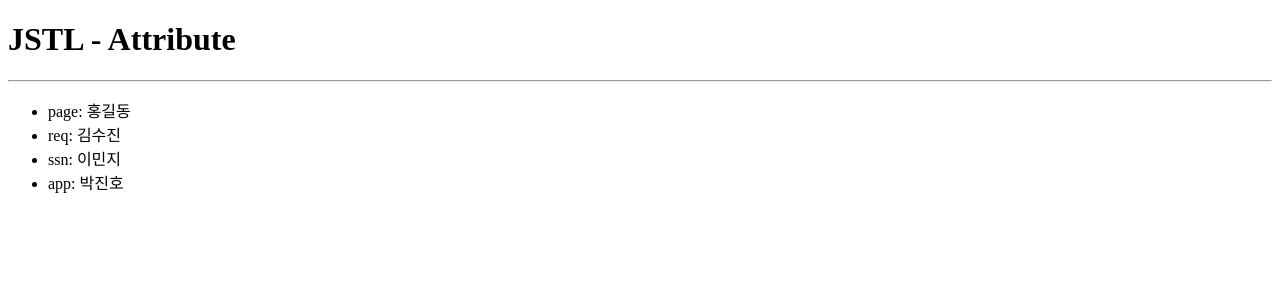
Repository: ChimmyWorld/JSP
Page: http://localhost/Day53/ex07.jsp
An editor plug-in stored every save of this project. The page is shown before and after a run of saves, followed by the edit.
The browser window is 1280 px wide. The pictures show the whole page.
The page is served by Tomcat 9.

Above is the page before, as saved 2023-09-22 05:20:22.

After the next 2 saves:
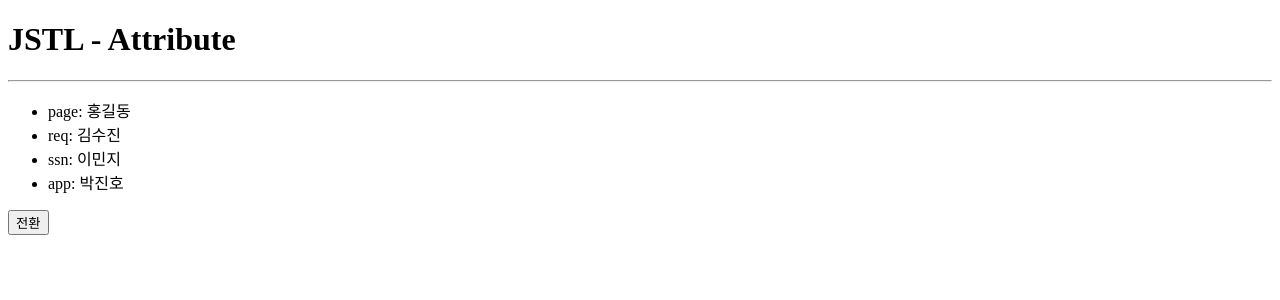
The 2 saves are shown as one change because 1 did not build or start.
The last was saved 78 s later.
--- a/Day53/WebContent/ex07.jsp
+++ b/Day53/WebContent/ex07.jsp
@@ -26,5 +26,10 @@
 		<li>app: ${p4 }</li>
 	</ul>
 
+	<a href="ex07_result.jsp"><button>전환</button></a>
+
+	<c:if test="${not empty param.forward}">
+
+	</c:if>
 </body>
 </html>
